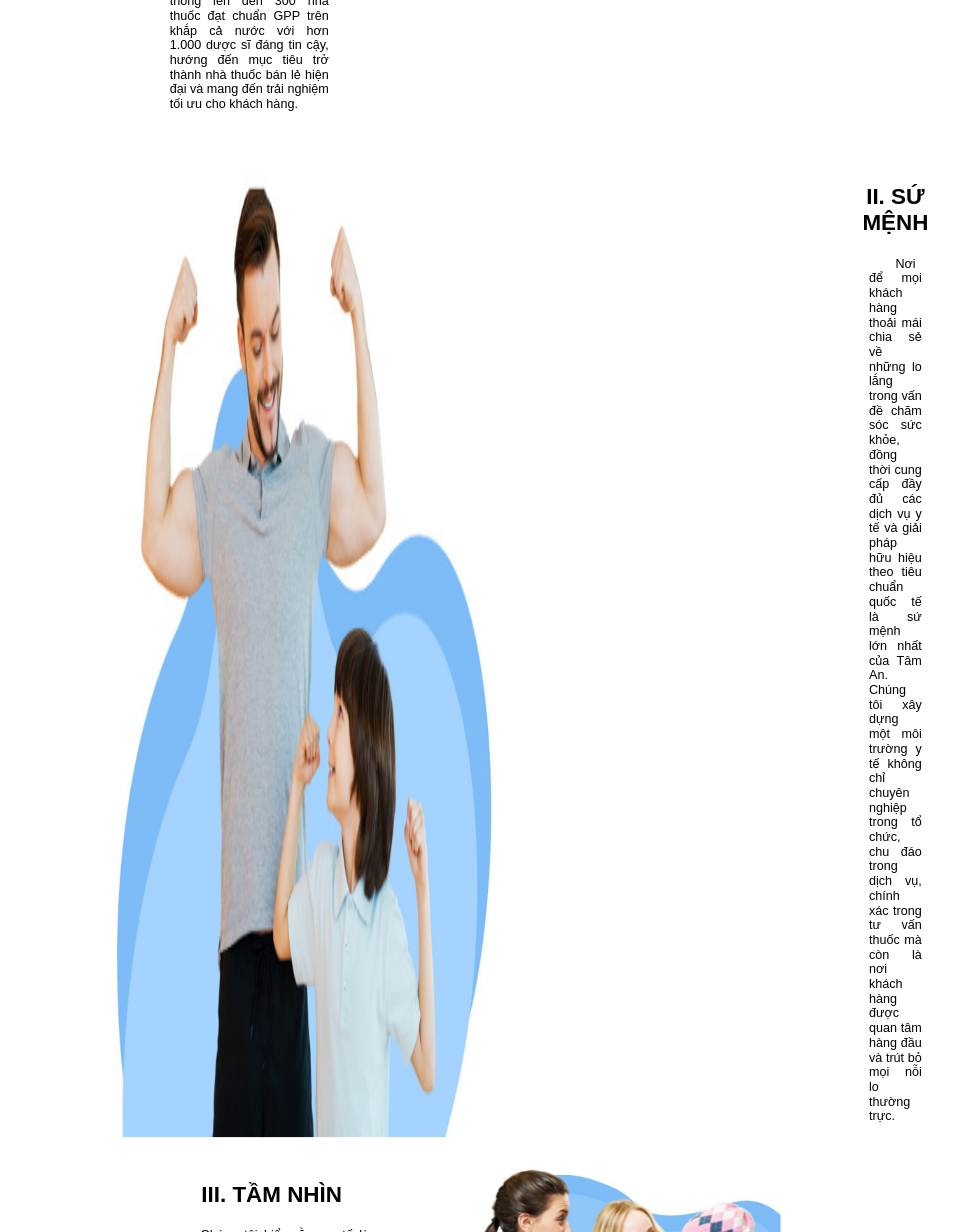
Repository: ViralAIWorks/TamAnPharmacy.github.io
Page: pages/thongtin.html
These files come from the project's save history. The page is drawn as it stood at one moment and after the next save; the edit follows.
The browser window is 1280 px wide. The page is 1376 px wide, then 1280 px, so the pictures cover 1376 px, including what lies to the right of the window. The pictures show the part of the page from y = 1149 to 2909 px (the page is 3539 px tall before and 2578 px after), at 70% of full size.
Some web fonts or font styles are not loaded; a fallback is used.

Above is the page before, as saved 2022-03-14 11:14:48.

### pages/thongtin.html
<!DOCTYPE html>

<html lang="en">

<head>
    <meta charset="utf-8" />
    <meta http-equiv="X-UA-Compatible" content="IE-edge" />
    <meta name="viewport" content="width=devive-width, initial-scale=1.0" />
    <title>Tâm An - About Us</title>
    <link href="images/logo/Tâm An Pharmacy.png" rel="icon" />
    <!--CSS cho icon va framework-->
    <link rel="stylesheet" href="https://cdnjs.cloudflare.com/ajax/libs/font-awesome/5.15.4/css/all.min.css" />
    <!--Custom css-->
    <link href="style/style_cactrang.css" rel="stylesheet" />
    <!--Css cho mobile-->
    <link rel="stylesheet" href="https://unpkg.com/swiper@7/swiper-bundle.min.css" />
</head>

<body>
    <!--Tạo header-->
    <header class="header">
        <a href="/index.html">

            <img src="images/logo/logo2.png" class="logo" width="200" height="200" alt="tamanlogo" />
        </a>
        <!--tao thanh navbar-->
        <nav class="navbar">
            <a href="thuoc.html">THUỐC</a>
            <a href="thietbiyte.html">THIẾT BỊ Y TẾ</a>
            <a href="chamsoccanhan.html">CHĂM SÓC CÁ NHÂN</a>
            <a href="suckhoe.html">SỨC KHỎE</a>
            <a href="thongtin.html">THÔNG TIN</a>
        </nav>
        <!--tao thanh tim kiem, gio hang va nutlogin-->
        <div class="icons">
            <div class="fas fa-search" id="search-btn"></div>
            <div class="fas fa-shopping-cart" id="cart-btn"></div>
            <div class="fas fa-user" id="login-btn"></div>
        </div>

        <!--Tao form tim kiem-->
        <form action="" class="search-form">
            <input type="search" id="search-box" placeholder="Tìm kiếm tại đây..." />
            <label for="search-box" class="fas fa-search"></label>
        </form>
    </header>

    <!-- bodythongtin -->
    <main class="pagethongtin">
        <img src="images/aboutus.jpg" id="aboutus-picture">
        <br>
        <div class="content">
            <!-- Về chúng tôi -->
            <div class="infomation">
                <div class="flex-info">
                    <div>
                        <h3 class="titleSize">I. VỀ CHÚNG TÔI</h3>
                        <p class="align-p"> Được thành lập vào năm 2021, Nhà thuốc Tâm an là một trong những startup dược phẩm triển vọng nhất tại Việt Nam. Đến nay Tâm An sở hữu mang lưới hơn 10 nhà thuốc đạt chuẩn GPP trên toàn quốc, cùng đội ngũ hơn 50 dược sĩ đáng tin
                            cậy, cung cấp các sản phẩm thuốc, chăm sóc cá nhân, thiết bị y hàng đầu với giá thành cạnh tranh nhất.
                            <p class="align-p"> Hiện nay Tâm An đã có hệ thống nhà thuốc rải khắp các quận huyện tại TP.HCM.</p>
                            <p class="align-p"> Tới năm 2030, Tâm An sẽ tiếp tục mở rộng hệ thống lên đến 300 nhà thuốc đạt chuẩn GPP trên khắp cả nước với hơn 1.000 dược sĩ đáng tin cậy, hướng đến mục tiêu trở thành nhà thuốc bán lẻ hiện đại và mang đến trải nghiệm tối
                                ưu cho khách hàng.</p>
                        </p>
                    </div>
                    <left>
                        <img src="images/4NewInfo/2.png" class="img25-position">
                    </left>
                </div>
            </div>
            <br>
            <!-- Sứ mệnh -->
            <div class="destiny">
                <div class="grid-des">
                    <img src="images/4NewInfo/3.png" id="img3-position">
                    <div id="margin-des">
                        <h3 class="titleSize">II. SỨ MỆNH</h3>
                        <p>Nơi để mọi khách hàng thoải mái chia sẻ về những lo lắng trong vấn đề chăm sóc sức khỏe, đồng thời cung cấp đầy đủ các dịch vụ y tế và giải pháp hữu hiệu theo tiêu chuẩn quốc tế là sứ mệnh lớn nhất của Tâm An. Chúng tôi xây dựng
                            một môi trường y tế không chỉ chuyên nghiệp trong tổ chức, chu đáo trong dịch vụ, chính xác trong tư vấn thuốc mà còn là nơi khách hàng được quan tâm hàng đầu và trút bỏ mọi nỗi lo thường trực.</p>
                    </div>
                </div>
            </div>
            <br>
            <!-- Tầm nhìn -->
            <div class="vision">
                <div class="flex-vision">
                    <div>
                        <h3 class="titleSize">III. TẦM NHÌN</h3>
                        <p class="align-p">Chúng tôi hiểu rằng, y tế là một trong những lĩnh vực quan trọng bậc nhất để xây dựng một cộng đồng khỏe mạnh và phát triển. Đó là lý do Tâm An ra đời dựa trên nền tảng đội ngũ nhân sự có kinh nghiệm hoạt động dày dặn và những
                            nguồn lực dồi dào nhằm kiến tạo một môi trường y tế chuyên nghiệp, chất lượng, đầy đủ các dịch vụ, tạo ra nhiều tiện ích cho cộng đồng.</p>
                    </div>
                    <left>
                        <img src="images/4NewInfo/5.png" class="img25-position">
                    </left>
                </div>
            </div>
        </div>
    </main>
</body>
<footer>
    <div class="ft-bar">
        <p>Lorem, ipsum dolor.</p>
    </div>
    <div class="list">
        <div class="footer-menu">
            <h2>VỀ CHÚNG TÔI</h2>
            <div class="ft-list">
                <a href=""> Giới thiệu </a>
                <a href=""> Hệ thống cửa hàng </a>
                <a href=""> Giấy phép kinh doanh </a>
                <a href=""> Quy chế hoạt động </a>
                <a href=""> Chính sách đặt cọc </a>
                <a href=""> Chính sách đổi trả thuốc </a>
                <a href=""> Chính sách giao hàng </a>
                <a href=""> Chính sách bảo mật </a>
                <a href=""> Chính sách thanh toán </a>
                <a href=""> Kiểm tra hóa đơn điện tử </a>
                <a href=""> Tra cứu đơn hàng </a>
            </div>
        </div>
        <div class="footer-menu">
            <h2>DANH MỤC</h2>
            <div class="ft-list">
                <a href=""> Thực phẩm chức năng </a>
                <a href=""> Dược mỹ phẩm </a>
                <a href=""> Chăm sóc cá nhân </a>
                <a href=""> Thuốc </a>
                <a href=""> Trang thiết bị y tế </a>
                <a href=""> Bệnh </a>
            </div>
        </div>
        <div class="footer-menu">
            <h2>THỰC PHẨM CHỨC NĂNG</h2>
            <div class="ft-list">
                <a href="">Cải thiện tăng cường chức năng</a>
                <a href=""> Thảo dược-Thực phẩm tư nhân </a>
                <a href=""> Vitamin </a>
                <a href=""> Hỗ trợ điều trị </a>
                <a href=""> Canxi </a>
            </div>
        </div>
        <div class="footer-contact_width">
            <div class="ft-contact">
                <div>
                    <p class="ft-service">Tư vấn mua hàng (miễn phí)</p>
                    <a href="" class="phone">0696 9696 - Hotline</a>
                </div>
                <div>
                    <p class="ft-service">Góp ý, khiếu nại</p>
                    <a href="" class="phone">0123 4567 - Hotline</a>
                </div>

            </div>
        </div>
    </div>
</footer>

</html>

### pages/style/style_cactrang.css
@import url("https://fonts.googleapis.com/css2?family=Source+Sans+3:ital,wght@0,200;0,300;0,400;0,500;0,600;0,700;0,800;0,900;1,200;1,300;1,400;1,500;1,600;1,700;1,800;1,900&display=swap");
:root {
    --box-shadow: 0 0.5rem 1.5rem rgba(0, 0, 0, 0.1);
    --border: 0.2rem solid rgba(0, 0, 0, 0.1);
    --outline: 0.1rem solid rgba(0, 0, 0, 0.1);
    --outline-hover: 0.2rem solid var(--black);
}


/*css cho nen trang web*/

* {
    font-family: "Source Sans 3", sans-serif;
    padding: 0px;
    margin: 0px;
    box-sizing: border-box;
    outline: none;
    border: none;
    text-decoration: none;
    text-transform: None;
    transition: all 0.2s linear;
}

body {
    margin: 0 auto;
    width: auto;
}


/*html*/

html {
    font-size: 75%;
}


/*css cho header*/

.header {
    display: flex;
    justify-content: space-between;
    align-items: center;
    padding: 0px 5%;
    position: fixed;
    top: 0;
    left: 0;
    right: 0;
    background: white;
    z-index: 1000;
    box-shadow: var(--box-shadow);
    max-height: 100px;
}

.header .logo {
    cursor: pointer;
}

.header .navbar a {
    font-size: 16px;
    font-family: "Source Sans 3", sans-serif;
    color: #004aad;
    font-weight: 500;
    text-decoration: none;
    transition: all 0.3s ease 0s;
    display: inline-block;
    padding: 0px 10px;
}


/*hover: hieu ung khi di chuot toi vi tri*/

.header .navbar a:hover {
    color: aqua;
}

.header .icons div:hover {
    color: white;
}

.header .search-form label:hover {
    color: Highlight;
}

.header .icons div {
    height: 40px;
    width: 40px;
    line-height: 40px;
    border-radius: 5px;
    background: #b6cff9;
    color: var(--black);
    font-size: 20px;
    margin-left: 2px;
    cursor: pointer;
    text-align: center;
}


/*an icon tim kiem lon*/

#search-btn {
    display: none;
}

.header .search-form {
    position: sticky;
    overflow: hidden;
    border-radius: 10px;
    display: flex;
    box-shadow: var(--box-shadow);
    align-items: center;
    width: auto;
    height: 40px;
    border-style: solid;
    border-color: #004aad;
}

.header .search-form.active {
    right: 2rem;
    transition: 0.4s linear;
}

.header .search-form input {
    height: 100%;
    width: 100%;
    background: none;
    text-transform: none;
    font-size: 16px;
    color: var(--black);
    padding: 0px 10px;
}


/* icon kính lúp*/

.header .search-form label {
    font-size: 20px;
    padding-right: 10px;
    color: var(--black);
    cursor: pointer;
}


/*Picture*/

#aboutus-picture {
    position: center;
    width: 100%;
    height: 100%;
    display: block;
    padding-top: 2%;
}


/*Page Thong Tin*/

.pagethongtin {
    margin-top: 100px;
    margin-left: 5%;
    margin-right: 5%;
    font-family: "Source Sans 3", sans-serif;
    font-size: large;
}

main div h3 {
    text-align: center;
}

main div p {
    text-indent: 1cm;
    text-align: justify;
    margin: 1px 10%;
    padding-bottom: 0.5cm;
}

main {
    display: grid;
    grid-template-rows: auto;
}

.titleSize {
    font-size: xx-large;
    margin-bottom: 30px;
}

.flex-info,
.flex-vision {
    display: flex;
}

.content div {
    margin-top: 2%;
    padding: 0 50px;
}

.align-p {
    padding: 0 0 auto auto;
}

.grid-des {
    display: flex;
}

#margin-des {
    margin-left: 50%;
}

#img3-position {
    text-align: center;
}

.img25-position {
    border-radius: 10%;
    text-align: right;
}

.ft-bar {
    background-color: rgb(106, 204, 82);
    height: 8vh;
}

.list {
    display: flex;
    margin-left: 10%;
    margin-top: 1%;
    text-align: left;
}

.footer-menu {
    width: 15%;
}

.footer-contact_width {
    width: 30%;
}

.ft-list {
    display: grid;
    font-size: medium;
}

.ft-list a {
    padding: 1% 0;
}

.ft-contact {
    display: flex;
}

.ft-contact div {
    padding-left: 10%;
    font-size: large;
}

.phone {
    color: #1d48ba;
    display: inline;
}

After the next save:
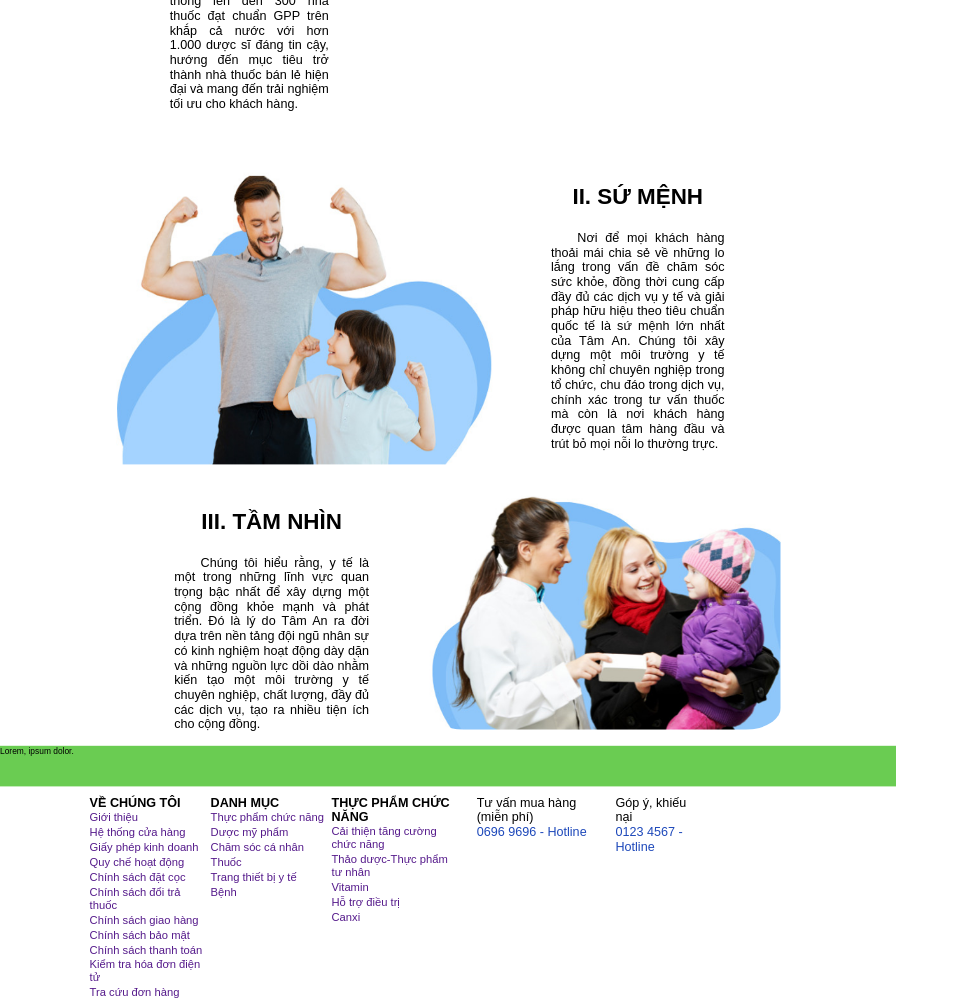
Saved 6 s later.
--- a/pages/style/style_cactrang.css
+++ b/pages/style/style_cactrang.css
@@ -200,10 +200,6 @@ main {
     display: flex;
 }
 
-#margin-des {
-    margin-left: 50%;
-}
-
 #img3-position {
     text-align: center;
 }
